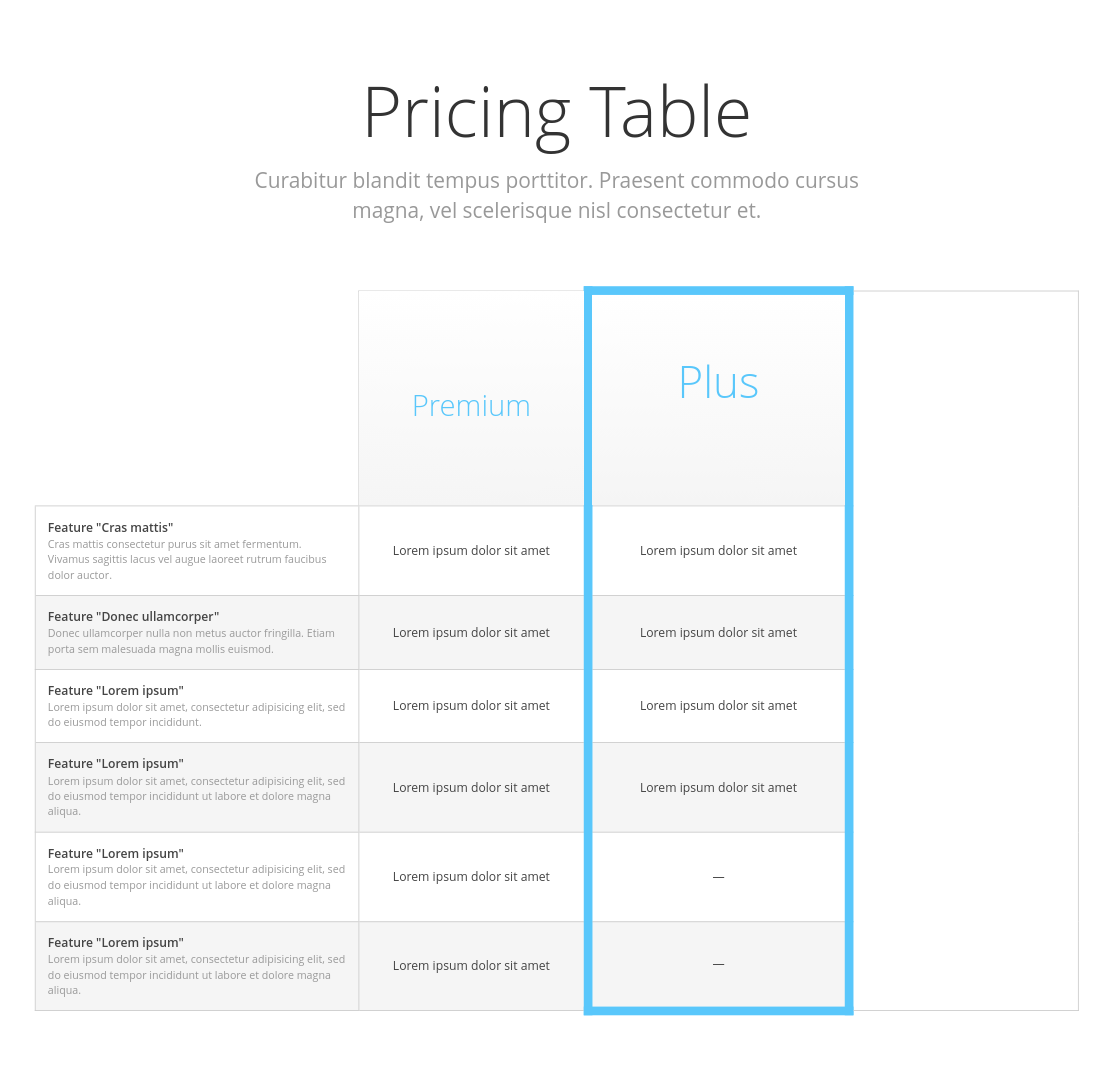
Repository: darlino/gotyu_shopify_section
Page: gotyu_table210223/index.html
These files come from the project's save history. The page is drawn as it stood at one moment and after the next save; the edit follows.
The browser window is 1280 px wide. The pictures show the whole page, at 87% of full size.

Above is the page before, as saved 2023-02-21 12:36:48.

### gotyu_table210223/index.html
<!DOCTYPE html>
<html lang="en">
  <head>
    <meta charset="UTF-8" />
    <meta http-equiv="X-UA-Compatible" content="IE=edge" />
    <meta name="viewport" content="width=device-width, initial-scale=1.0" />
    <title>Document</title>
    <link rel="stylesheet" href="style.css" />
    <link rel="preconnect" href="https://fonts.googleapis.com" />
    <link rel="preconnect" href="https://fonts.gstatic.com" crossorigin />
    <link
      href="https://fonts.googleapis.com/css2?family=Montserrat&display=swap"
      rel="stylesheet"
    />
  </head>
  <body>
    <h1>Pricing Table</h1>
    <p>
      Curabitur blandit tempus porttitor. Praesent commodo cursus magna, vel
      scelerisque nisl consectetur et.
    </p>
    <table>
      <colgroup></colgroup>
      <colgroup></colgroup>
      <colgroup></colgroup>
      <colgroup></colgroup>

      <thead>
        <tr>
          <th>&nbsp;</th>
          <th>
            <h2>Premium</h2>
          </th>
          <th>
            <h2>Plus</h2>
          </th>
        </tr>
      </thead>

      <tbody>
        <tr>
          <th>
            Feature "Cras mattis"
            <span
              >Cras mattis consectetur purus sit amet fermentum. Vivamus
              sagittis lacus vel augue laoreet rutrum faucibus dolor
              auctor.</span
            >
          </th>
          <td>Lorem ipsum dolor sit amet</td>
          <td>Lorem ipsum dolor sit amet</td>
        </tr>
        <tr>
          <th>
            Feature "Donec ullamcorper"
            <span
              >Donec ullamcorper nulla non metus auctor fringilla. Etiam porta
              sem malesuada magna mollis euismod.</span
            >
          </th>
          <td>Lorem ipsum dolor sit amet</td>
          <td>Lorem ipsum dolor sit amet</td>
        </tr>
        <tr>
          <th>
            Feature "Lorem ipsum"
            <span
              >Lorem ipsum dolor sit amet, consectetur adipisicing elit, sed do
              eiusmod tempor incididunt.</span
            >
          </th>
          <td>Lorem ipsum dolor sit amet</td>
          <td>Lorem ipsum dolor sit amet</td>
        </tr>
        <tr>
          <th>
            Feature "Lorem ipsum"
            <span
              >Lorem ipsum dolor sit amet, consectetur adipisicing elit, sed do
              eiusmod tempor incididunt ut labore et dolore magna aliqua.</span
            >
          </th>
          <td>Lorem ipsum dolor sit amet</td>
          <td>Lorem ipsum dolor sit amet</td>
        </tr>
        <tr>
          <th>
            Feature "Lorem ipsum"
            <span
              >Lorem ipsum dolor sit amet, consectetur adipisicing elit, sed do
              eiusmod tempor incididunt ut labore et dolore magna aliqua.</span
            >
          </th>
          <td>Lorem ipsum dolor sit amet</td>
          <td>&mdash;</td>
        </tr>
        <tr>
          <th>
            Feature "Lorem ipsum"
            <span
              >Lorem ipsum dolor sit amet, consectetur adipisicing elit, sed do
              eiusmod tempor incididunt ut labore et dolore magna aliqua.</span
            >
          </th>
          <td>Lorem ipsum dolor sit amet</td>
          <td>&mdash;</td>
        </tr>
      </tbody>
    </table>
  </body>
</html>

### gotyu_table210223/style.css
body {
  background: #fff;
  font: 400 1em/1.4 "Open Sans", "Helvetica Neue", sans-serif;
  color: #333;
  text-align: center;
  padding: 4em 2em;
}

h1 {
  font-weight: 300;
  font-size: 5em;
  line-height: 1.35;
  margin: 0 0 0.125em;
}
h1 + p {
  font-size: 1.5em;
  color: #999;
  max-width: 30em;
  margin: 0 auto 3em;
}

table {
  width: 100%;
  text-align: left;
  border-spacing: 0;
  border-collapse: collapse;
  -webkit-box-sizing: border-box;
  -moz-box-sizing: border-box;
  box-sizing: border-box;
}

th,
td {
  font-family: inherit;
  font-size: 0.875em;
  line-height: 1.45;
  color: #444;
  vertical-align: middle;
  padding: 1em;
}
th {
  font-weight: 600;
}

colgroup:nth-child(1) {
  width: 31%;
  border: 0 none;
}
colgroup:nth-child(2) {
  width: 22%;
  border: 1px solid #ccc;
}
colgroup:nth-child(3) {
  width: 25%;
  border: 10px solid #59c7fb;
}
colgroup:nth-child(4) {
  width: 22%;
  border: 1px solid #ccc;
}

/* Tablehead */

thead th {
  background: #def4fe;
  background: -moz-linear-gradient(top, #ffffff 0%, #f5f5f5 100%);
  background: -webkit-linear-gradient(top, #ffffff 0%, #f5f5f5 100%);
  background: -o-linear-gradient(top, #ffffff 0%, #f5f5f5 100%);
  background: -ms-linear-gradient(top, #ffffff 0%, #f5f5f5 100%);
  background: linear-gradient(to bottom, #ffffff 0%, #f5f5f5 100%);
  text-align: center;
  position: relative;
  border-bottom: 1px solid #ccc;
  padding: 3em 0 2em;
  font-weight: 400;
  color: #999;
}
thead th:nth-child(1) {
  background: transparent;
}
thead th:nth-child(3) {
  padding: 2em 0 5em;
}
thead th h2 {
  font-weight: 300;
  font-size: 2.4em;
  line-height: 1.2;
  color: #59c7fb;
}
thead th h2 + p {
  font-size: 1.25em;
  line-height: 1.4;
}
thead th:nth-child(3) h2 {
  font-size: 3.6em;
}
thead th:nth-child(3) h2 + p {
  font-size: 1.5em;
}

thead th p.promo {
  font-size: 1em;
  color: #fff;
  position: absolute;
  top: 9em;
  left: -17px;
  z-index: 1000;
  width: 100%;
  margin: 0;
  padding: 0.625em 17px 0.75em;
  background: #c00;
  box-shadow: 0 2px 4px rgba(0, 0, 0, 0.25);
  border-bottom: 1px solid #900;
}

thead th p.promo:before {
  content: "";
  position: absolute;
  display: block;
  width: 0px;
  height: 0px;
  border-style: solid;
  border-width: 0 7px 7px 0;
  border-color: transparent #900 transparent transparent;
  bottom: -7px;
  left: 0;
}
thead th p.promo:after {
  content: "";
  position: absolute;
  display: block;
  width: 0px;
  height: 0px;
  border-style: solid;
  border-width: 7px 7px 0 0;
  border-color: #900 transparent transparent transparent;
  bottom: -7px;
  right: 0;
}

/* Tablebody */

tbody th {
  background: #fff;
  border-left: 1px solid #ccc;
}
tbody th span {
  font-weight: normal;
  font-size: 87.5%;
  color: #999;
  display: block;
}

tbody td {
  background: #fff;
  text-align: center;
}

tbody tr:nth-child(even) th,
tbody tr:nth-child(even) td {
  background: #f5f5f5;
  border: 1px solid #ccc;
  border-width: 1px 0 1px 1px;
}
tbody tr:last-child td {
  border-bottom: 0 none;
}

/* Tablefooter */

tfoot th {
  padding: 2em 1em;
  border-top: 1px solid #ccc;
}
tfoot td {
  text-align: center;
  padding: 2em 1em;
  border-top: 1px solid #ccc;
}

tfoot a {
  font-weight: bold;
  color: #fff;
  text-decoration: none;
  text-transform: uppercase;
  display: block;
  padding: 1.125em 2em;
  background: #59c7fb;
  border-radius: 0.5em;
}

After the next save:
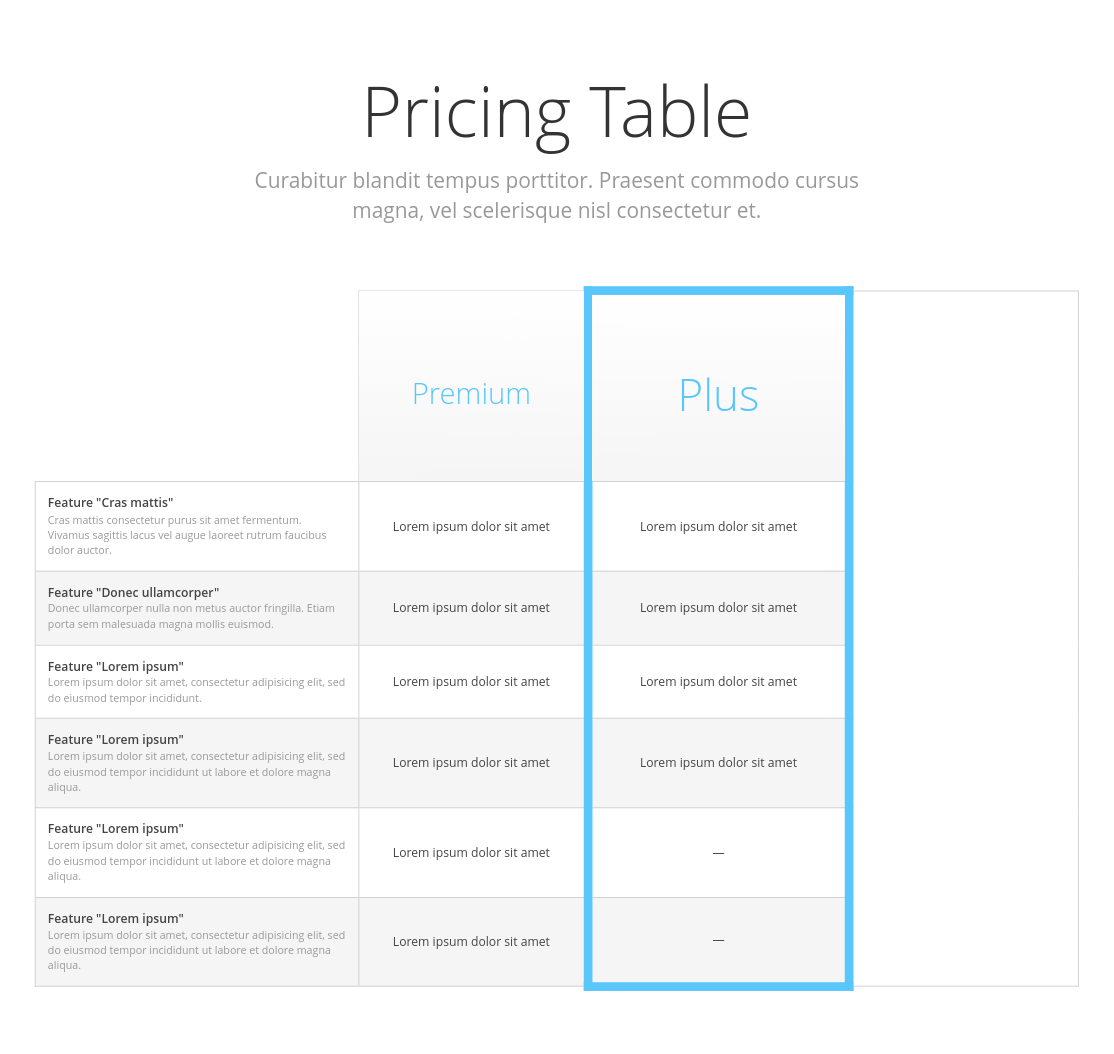
Saved 29 s later.
--- a/gotyu_table210223/style.css
+++ b/gotyu_table210223/style.css
@@ -78,7 +78,7 @@
 thead th:nth-child(1) {
   background: transparent;
 }
-thead th:nth-child(3) {
+thead th:nth-child(1) {
   padding: 2em 0 5em;
 }
 thead th h2 {

After the save that followed:
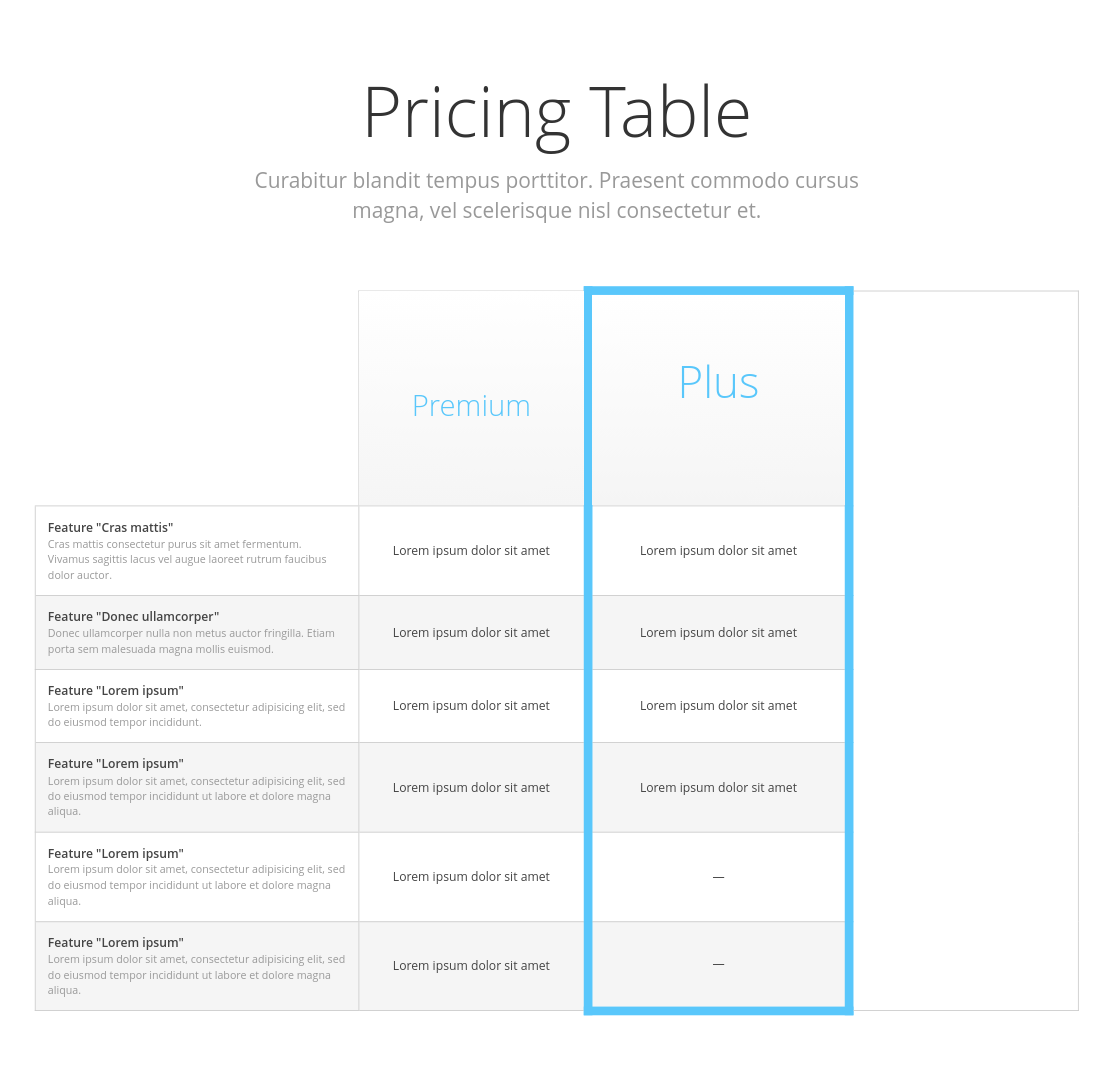
Saved 7 s later.
--- a/gotyu_table210223/style.css
+++ b/gotyu_table210223/style.css
@@ -78,7 +78,7 @@
 thead th:nth-child(1) {
   background: transparent;
 }
-thead th:nth-child(1) {
+thead th:nth-child(3) {
   padding: 2em 0 5em;
 }
 thead th h2 {
